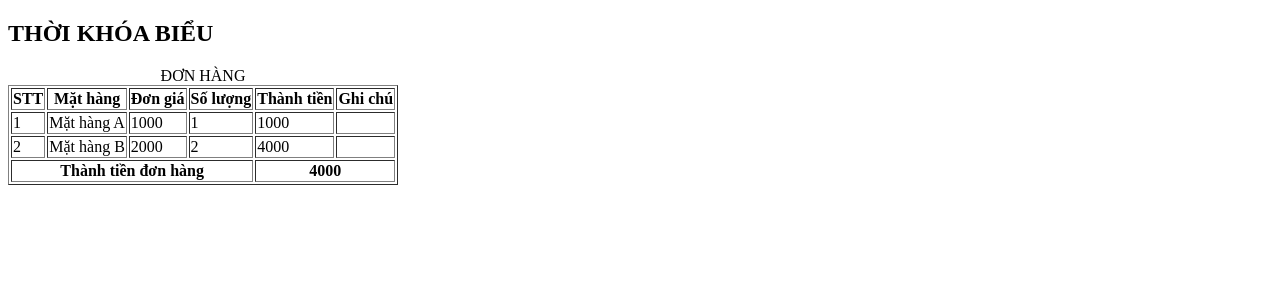
Repository: Lehuyhuynh/BT1-HTML
Page: index.html
The author's editor kept a copy of each file at every save. The page is drawn from the files as they stood at one save, then again after the next save.
The browser window is 1280 px wide. The pictures show the whole page.

Above is the page before, as saved 2023-08-06 21:22:00.

After the next save:
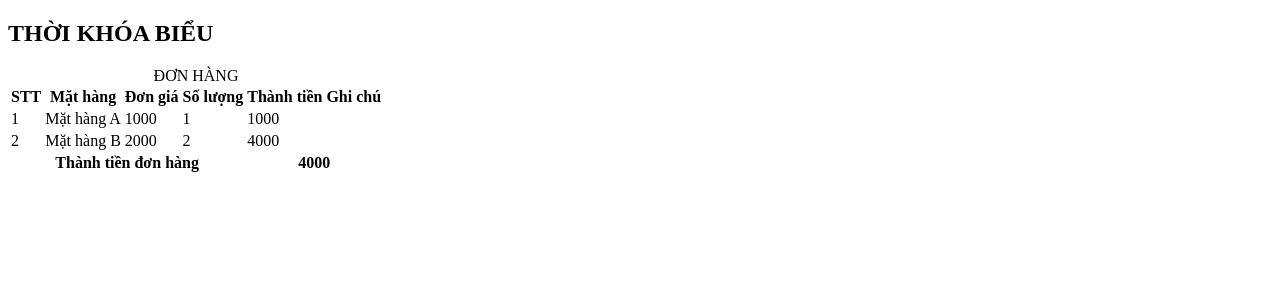
Saved 19 s later.
--- a/index.html
+++ b/index.html
@@ -62,7 +62,7 @@
 
     </table> -->
 
-    <table border="1">
+    <table >
       <caption style="caption-side: top">ĐƠN HÀNG</caption>
       <thead>
           <tr>

After the 5 saves that followed:
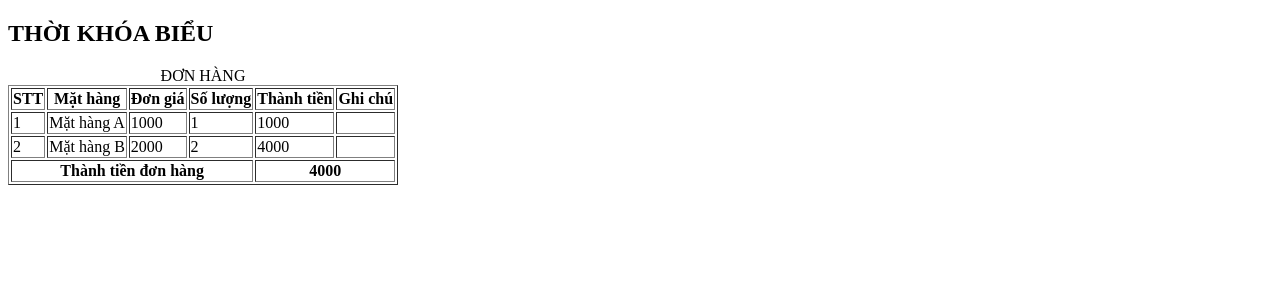
The 5 saves are shown as one change because 1 left the picture as it was and some came seconds apart.
The last was saved 68 s later.
--- a/index.html
+++ b/index.html
@@ -62,42 +62,42 @@
 
     </table> -->
 
-    <table >
-      <caption style="caption-side: top">ĐƠN HÀNG</caption>
-      <thead>
-          <tr>
-              <th>STT</th>
-              <th>Mặt hàng</th>
-              <th>Đơn giá</th>
-              <th>Số lượng</th>
-              <th>Thành tiền</th>
-              <th>Ghi chú</th>
-          </tr>
-      </thead>
-      <tr>
-          <td>1</td>
-          <td>Mặt hàng A</td>
-          <td>1000</td>
-          <td>1</td>
-          <td>1000</td>
-          <td></td>
-      </tr>
-      <tr>
-          <td>2</td>
-          <td>Mặt hàng B</td>
-          <td>2000</td>
-          <td>2</td>
-          <td>4000</td>
-          <td></td>
-      </tr>
-      <tfoot>
-          <tr>
-              <th colspan="4">Thành tiền đơn hàng</th>
-              <th colspan="2">4000</th>
+    <table border="1">
+    <caption style="caption-side: top">ĐƠN HÀNG</caption>
+    <thead>
+        <tr>
+            <th>STT</th>
+            <th>Mặt hàng</th>
+            <th>Đơn giá</th>
+            <th>Số lượng</th>
+            <th>Thành tiền</th>
+            <th>Ghi chú</th>
+        </tr>
+    </thead>
+    <tr>
+        <td>1</td>
+        <td>Mặt hàng A</td>
+        <td>1000</td>
+        <td>1</td>
+        <td>1000</td>
+        <td></td>
+    </tr>
+    <tr>
+        <td>2</td>
+        <td>Mặt hàng B</td>
+        <td>2000</td>
+        <td>2</td>
+        <td>4000</td>
+        <td></td>
+    </tr>
+    <tfoot>
+        <tr>
+            <th colspan="4">Thành tiền đơn hàng</th>
+            <th colspan="2">4000</th>
 
-          </tr>
-      </tfoot>
-  </table>
+        </tr>
+    </tfoot>
+</table>
   </div>
 
 </body>
